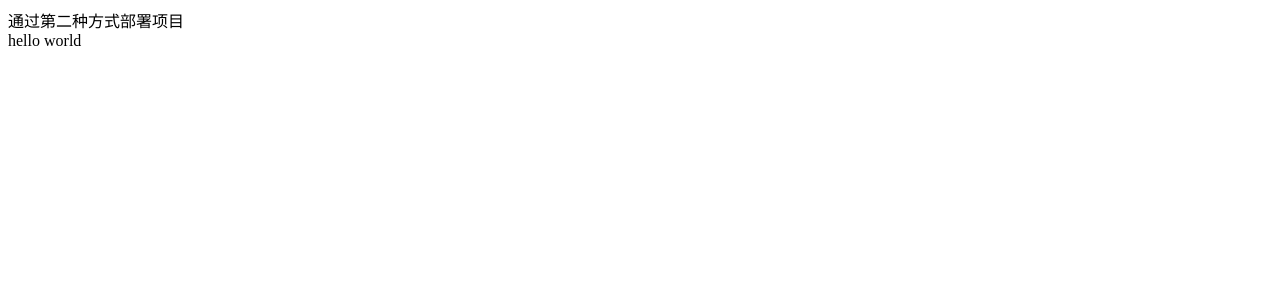
Repository: qyl1006/JavaApps
Page: workspace/web-02-tomcat-http/webapp/hello.html
An editor plug-in stored every save of this project. The page is shown before and after the next save, followed by the edit.
The browser window is 1280 px wide. The pictures show the whole page.

Above is the page before, as saved 2018-02-28 09:26:38.

After the next save:
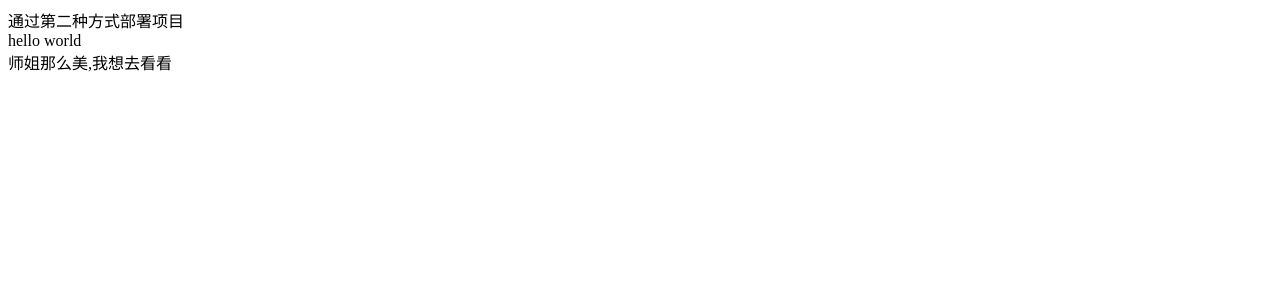
Saved 45 s later.
--- a/workspace/web-02-tomcat-http/webapp/hello.html
+++ b/workspace/web-02-tomcat-http/webapp/hello.html
@@ -6,6 +6,7 @@
 </head>
 <body>
 	通过第二种方式部署项目<br>
-	hello world
+	hello world<br>
+	师姐那么美,我想去看看
 </body>
 </html>
